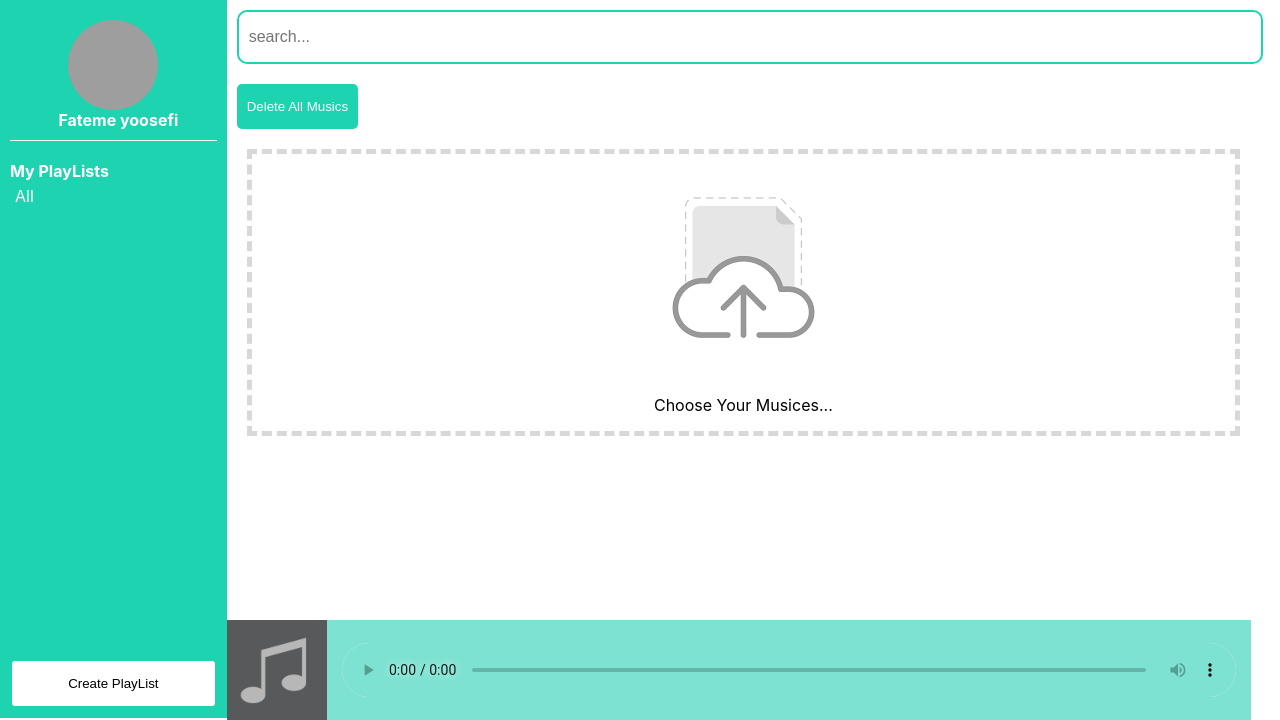
Repository: fateme81yosefi/musicPlayer
Page: /
An editor plug-in stored every save of this project. The page is shown before and after the next save, followed by the edit.
The browser window is 1280 px wide. The pictures show the whole page.
Pictures or frames that could not be fetched are drawn as grey boxes. The project was rebuilt for these pictures with package versions that can differ from the ones it lists, and the page was loaded fresh each time.

Above is the page before, as saved 2025-06-28 13:29:52.

After the next save:
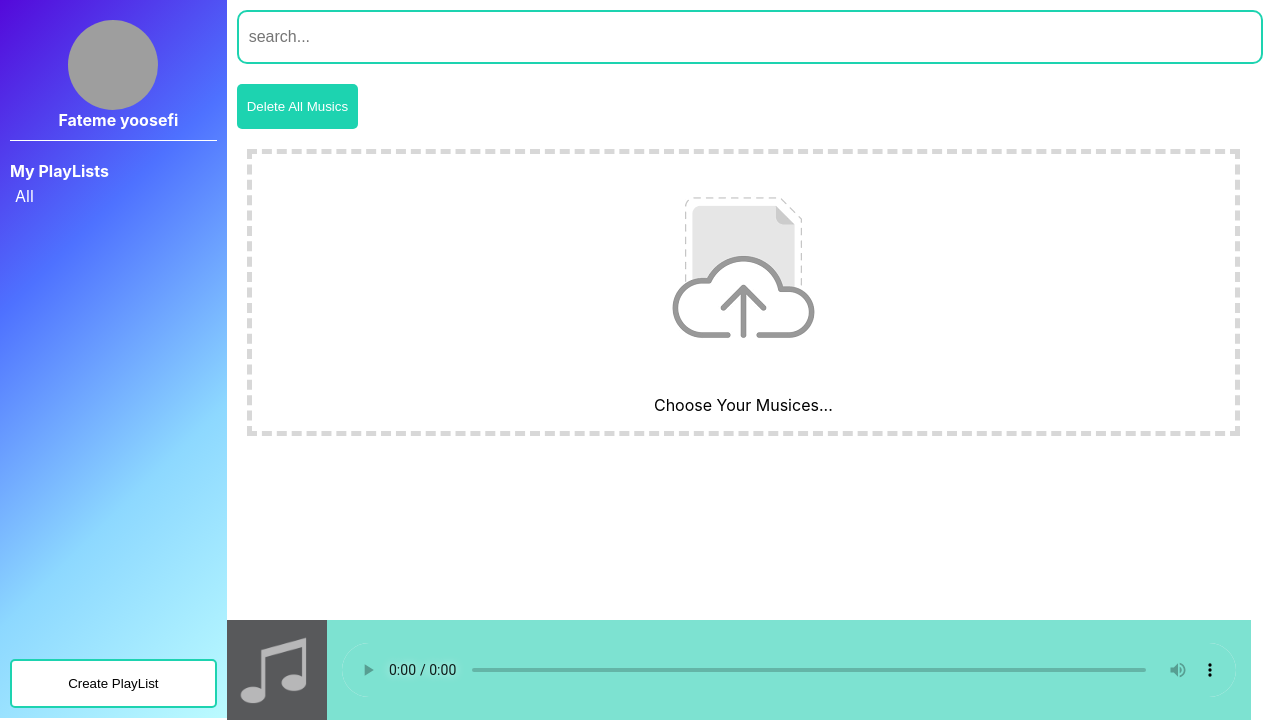
Saved 14 min 32 s later.
--- a/src/Components/MainPage/MainPage.css
+++ b/src/Components/MainPage/MainPage.css
@@ -4,7 +4,7 @@
   background-color: #ffffff;
 }
 .leftMenue {
-  background-color: #1dd3b0;
+background: linear-gradient(135deg, #5409DA, #4E71FF, #8DD8FF, #BBFBFF);
   width: 20%;
   height: 97vh;
   display: flex;
